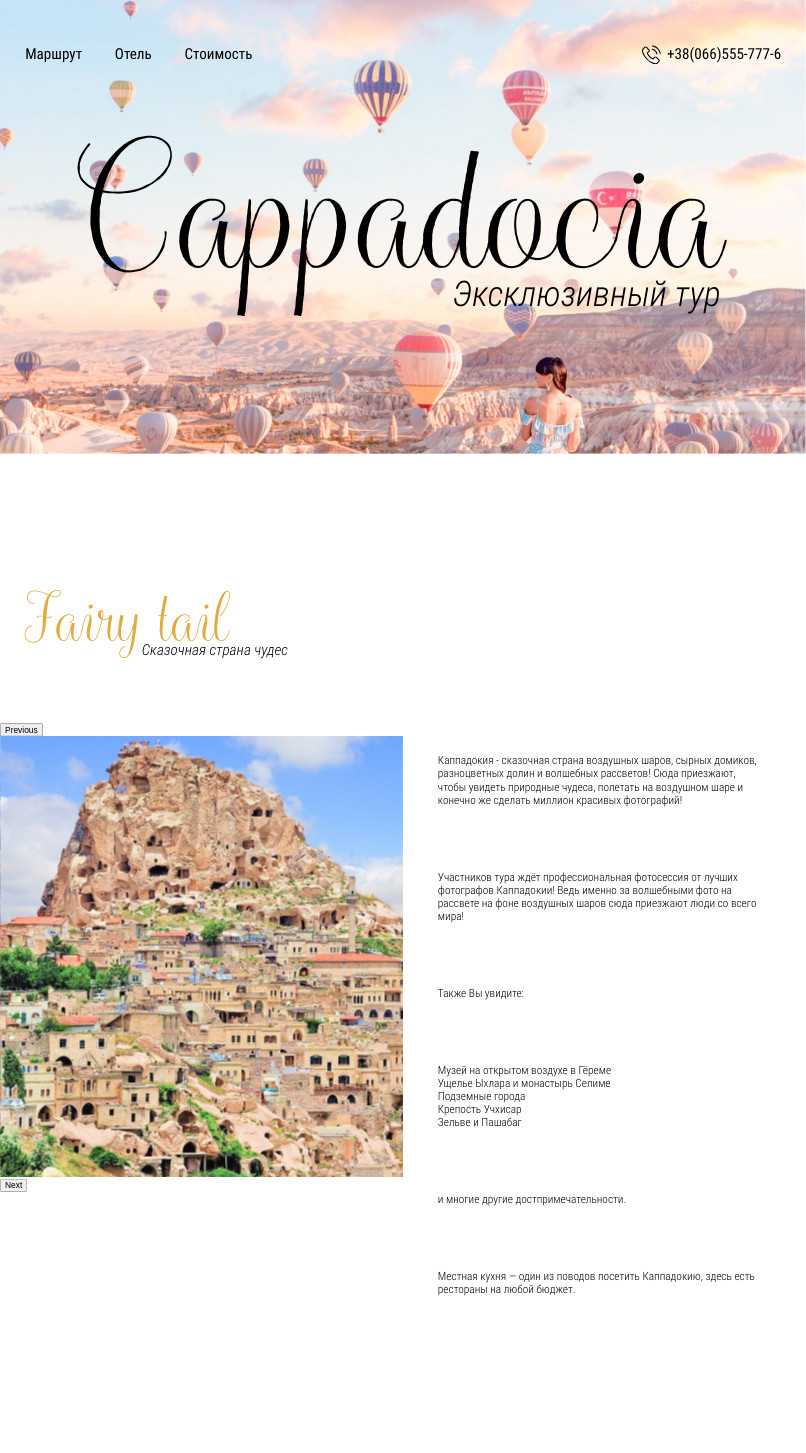
Repository: Lareeman/cappadocia
Page: index.html
These files come from the project's save history. The page is drawn as it stood at one moment and after the next save; the edit follows.
The browser window is 1280 px wide. The pictures show the whole page, at 63% of full size.

Above is the page before, as saved 2024-01-27 12:49:49.

### index.html
<!DOCTYPE html>
<html lang="en">

<head>
  <meta charset="UTF-8">
  <meta name="viewport" content="width=device-width, initial-scale=1.0">
  <meta http-equiv="X-UA-Compatible" content="ie=edge">
  <title>Cappadocia</title>
  <link rel="stylesheet" href="css/reset.css">
  <link rel="stylesheet" href="css/slick.css">
  <link rel="stylesheet" href="css/style.css">
</head>

<body>
  <header class="header">
    <div class="container">
      <div class="header__top">
        <nav class="menu">
          <ul class="menu__list">
            <li class="menu__item"><a class="menu__link" href="#">Маршрут</a></li>
            <li class="menu__item"><a class="menu__link" href="#">Отель</a></li>
            <li class="menu__item"><a class="menu__link" href="#">Стоимость</a></li>
          </ul>
        </nav>
        <a class="header__phone" href="tel:+380665557776">+38(066)555-777-6</a>
      </div>
      <h1 class="header__title">Cappadocia<span>Эксклюзивный тур</span></h1>
    </div>
  </header>
  <section class="fairy page-section">
    <div class="container">
      <h3 class="fairy__title title">Fairy tail
        <span>Сказочная страна чудес</span>
      </h3>
    </div>
    <div class="fairy__inner">
      <div class="fairy__slider">
        <div class="fairy__item"><img src="images/fairy-1.jpg" alt=""></div>
        <div class="fairy__item"><img src="images/fairy-2.jpg" alt=""></div>
        <div class="fairy__item"><img src="images/fairy-3.jpg" alt=""></div>
      </div>
      <div class="fairy__content">
        <div class="fairy__container">
          <div class="fairy__body">
            <p class="fairy__text">
              Каппадокия - сказочная страна воздушных шаров, сырных домиков, разноцветных долин и волшебных рассветов!
              Сюда приезжают, чтобы увидеть природные чудеса, полетать на воздушном шаре и конечно же сделать миллион красивых фотографий!
            </p>
            <p class="fairy__text">
              Участников тура ждёт профессиональная фотосессия от лучших фотографов Каппадокии!
              Ведь именно за волшебными фото на рассвете на фоне воздушных шаров сюда приезжают люди со всего мира!
            </p>
            <div class="fairy__body-title">
              Также Вы увидите:
            </div>
            <ul class="fairy__list">
              <li>Музей на открытом воздухе в Гёреме</li>
              <li>Ущелье Ыхлара и монастырь Селиме</li>
              <li>Подземные города</li>
              <li>Крепость Учхисар</li>
              <li>Зельве и Пашабаг</li>
            </ul>
            <p class="fairy__text">и многие другие достпримечательности.</p>
            <p class="fairy__text">Местная кухня — один из поводов посетить Каппадокию, здесь есть рестораны на любой бюджет.</p>
          </div>
        </div>
      </div>
    </div>
  </section>

  <script src="https://ajax.googleapis.com/ajax/libs/jquery/3.4.1/jquery.min.js"></script>
  <script src="js/slick.min.js"></script>
  <script src="js/main.js"></script>
</body>

</html>

### css/style.css
:root {
  --black: #000;
  --gold: #E2AB3F;
}

@font-face {
  font-family: 'Balqis';
  src: url('../fonts/balqis.woff2');
  src: url('../fonts/balqis.woff2') format('woff2'),
    url('../fonts/balqis.woff') format('woff');

  font-style: normal;
  font-weight: 300;
  font-display: swap;
}

@font-face {
  font-family: 'RobotoCondensed-Light';
  src: url('../fonts/RobotoCondensed-Light.woff2');
  src: url('../fonts/RobotoCondensed-Light.woff2') format('woff2'),
    url('../fonts/RobotoCondensed-Light.woff') format('woff');


  font-style: normal;
  font-weight: 300;
  font-display: swap;
}

@font-face {
  font-family: 'RobotoCondensed-LightItalic';
  src: url('../fonts/RobotoCondensed-LightItalic.woff2');
  src: url('../fonts/RobotoCondensed-LightItalic.woff2') format('woff2'),
    url('../fonts/RobotoCondensed-LightItalic.woff') format('woff');
  font-style: italic;
  font-weight: 300;
  font-display: swap;
}

@font-face {
  font-family: 'RobotoCondensed-Regular';
  src: url('../fonts/RobotoCondensed-Regular.woff2');
  src: url('../fonts/RobotoCondensed-Regular.woff2') format('woff2'),
    url('../fonts/RobotoCondensed-Regular.woff') format('woff');


  font-style: 400;
  font-weight: 300;
  font-display: swap;
}

html {
  box-sizing: border-box;
}

*,
*::before,
*::after {
  box-sizing: inherit;
}

a {
  text-decoration: none;
  color: inherit;
}

ul {
  list-style-type: none;
}

body {
  color: var(--black);
  font-family: 'RobotoCondensed-Light';
  font-size: 18px;
  font-style: normal;
  font-weight: 300;
  line-height: normal;
}

.header {
  background-image: url("../images/header-bg.jpg");
  background-size: cover;
  background-repeat: no-repeat;
  background-position: bottom center;
  min-height: 100vh;
  margin-bottom: 200px;
}

.container {
  max-width: 1230px;
  padding: 0 15px;
  margin: 0 auto;
}

.page-section {
  margin-bottom: 200px;
}

.title {
  color: var(--gold);
  font-family: Balqis;
  font-size: 96px;
  font-weight: 400;
  margin-bottom: 100px;
}

.title span {
  line-height: 28px;
  font-size: 24px;
  color: var(--black);
  font-family: 'RobotoCondensed-LightItalic';
  display: block;
  margin-top: -30px;
  margin-left: 185px;
}

.header__top {
  padding: 72px 0;
  display: flex;
  justify-content: space-between;
  align-items: center;
  font-size: 24px;
  font-weight: 400;
  font-family: 'RobotoCondensed-Regular';
}

.menu__list {
  display: flex;
  gap: 0 52px;
}

.menu__link {
  transition: all .6s;
}

.menu__link:hover {
  text-decoration: underline;
  /* border-bottom: 1px solid var(--black); */
}

.header__title {
  text-align: center;
  color: var(--black);
  font-family: "Balqis", serif;
  font-size: 250px;
  font-weight: 400;
}

.header__title span {
  text-align: right;
  margin-top: -6%;
  margin-right: 8%;
  display: block;
  font-family: 'RobotoCondensed-LightItalic';
  font-size: 56px;
  font-style: italic;
  font-weight: 300;
}

.header__phone {
  padding-left: 40px;
  position: relative;
}

.header__phone::before {
  content: "";
  position: absolute;
  width: 30px;
  height: 30px;
  left: 0;
  background-image: url('../images/phone-icon.svg');
}

.fairy {}


.fairy__title {}

.fairy__inner {
  display: flex;
  gap: 0 55px;
}

.fairy__slider {
  width: 50%;
}

.fairy__item {}

.fairy__content {
  width: 40%;
}

.fairy__container {}

.fairy__body {
  min-height: 960px;
  display: flex;
  flex-direction: column;
  justify-content: space-around;
  align-items: flex-start;

}

.fairy__text {

}

.fairy__body-title {

  font-weight: 400;
}

.fairy__list {

}

### js/main.js
$(function () {
    $('.fairy__slider').slick({
        slidesToShow: 1,
        slidesToScroll: 1,
        autoplay: true,
        autoplaySpeed: 2000,


    });
});

Loaded but not shown: css/reset.css (common file); css/slick.css (common file); js/slick.min.js (library)

After the next save:
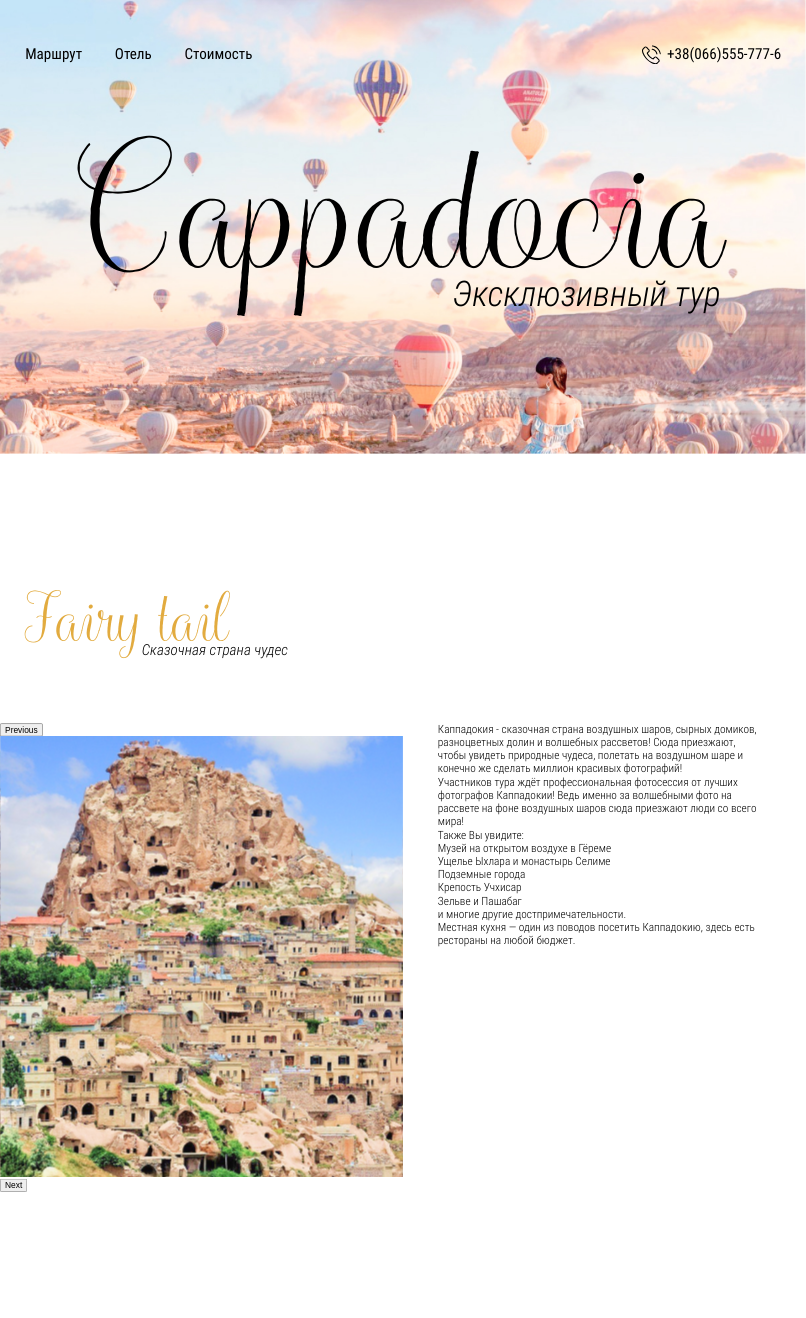
Saved 2 min 54 s later.
--- a/css/style.css
+++ b/css/style.css
@@ -193,7 +193,7 @@ body {
 .fairy__container {}
 
 .fairy__body {
-  min-height: 960px;
+  min-height: 90px;
   display: flex;
   flex-direction: column;
   justify-content: space-around;
